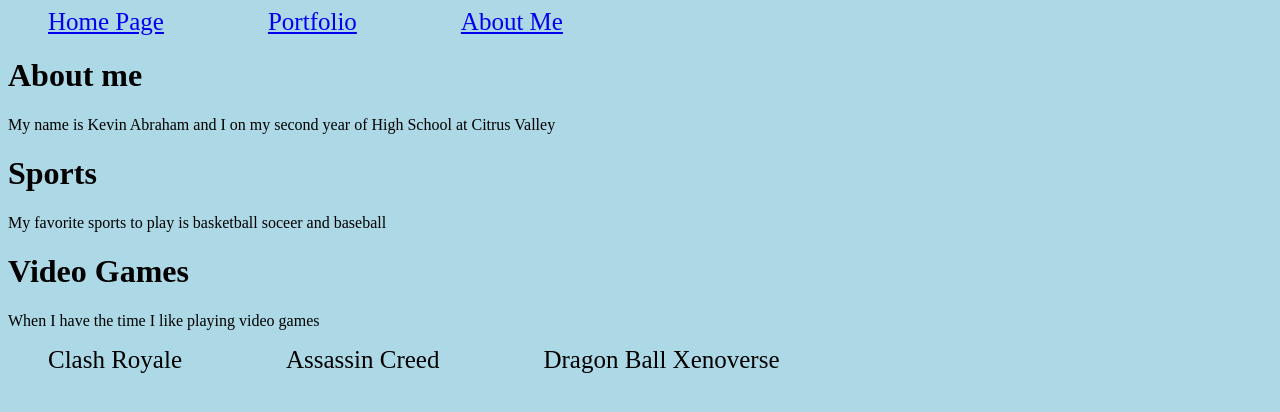
Repository: KevinAbr/KevinAbr.github.io
Page: about.html
The author's editor kept a record of every edit. The page is drawn from the files as they stood at one moment, then again after the next edit.
The browser window is 1280 px wide. The pictures show the whole page.

Above is the page before.

After the next edit:
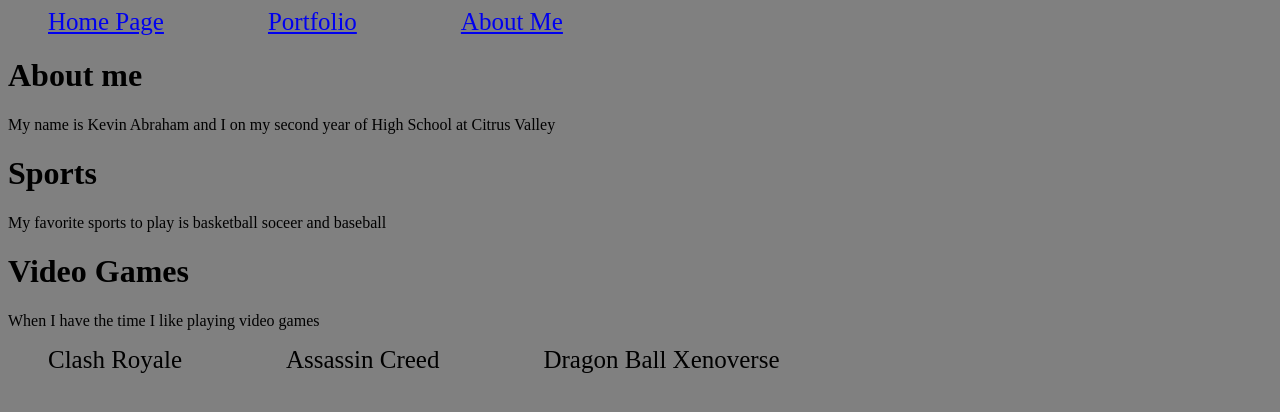
The edit:
--- a/about.html
+++ b/about.html
@@ -10,7 +10,7 @@
         }
 
             body {
-            background:lightblue;
+            background:grey;
 
         }
         </style>
